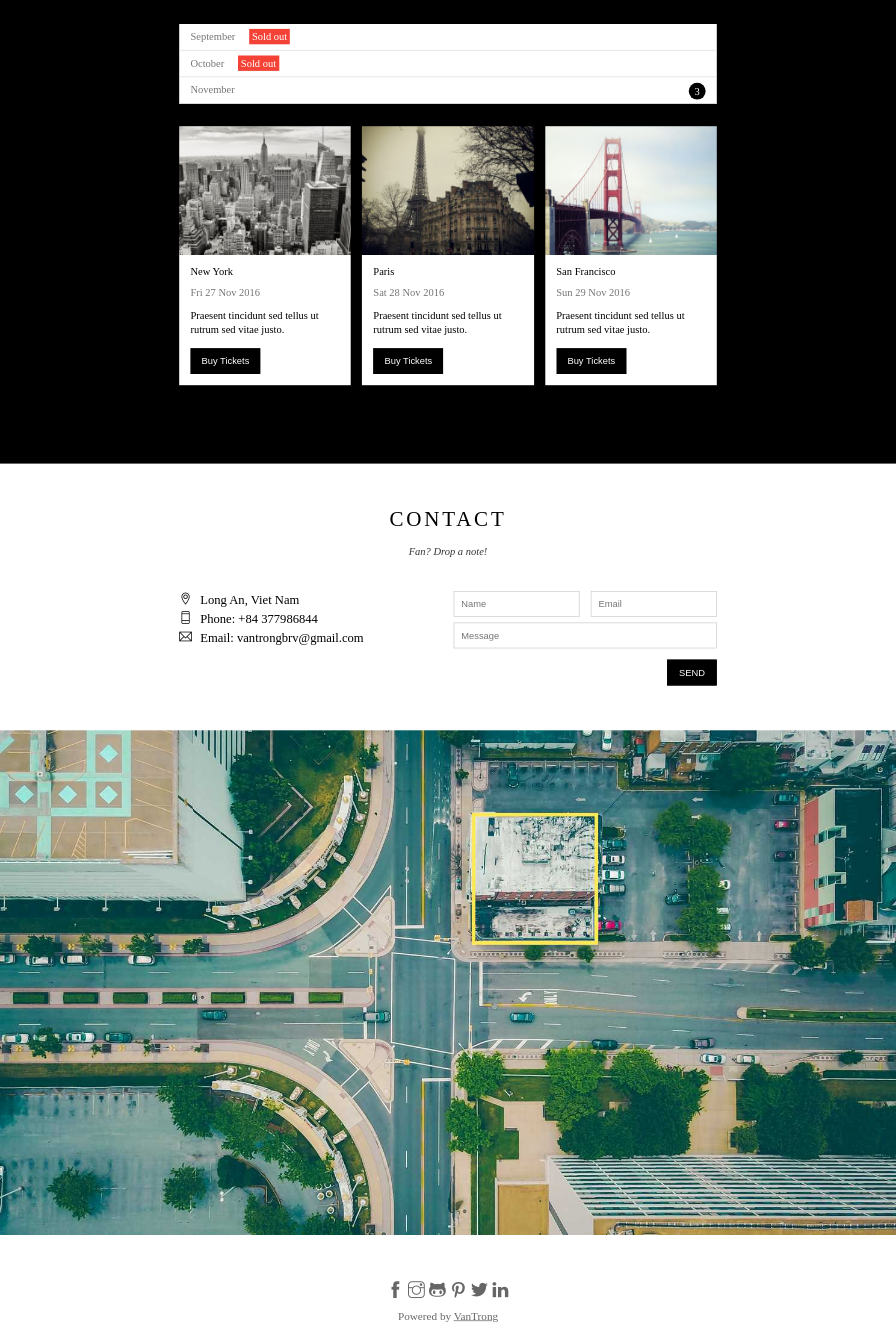
Repository: vanntrong/w3_band
Page: index.html
The author's editor kept a copy of each file at every save. The page is drawn from the files as they stood at one save, then again after the next save.
The browser window is 1280 px wide. The pictures show the part of the page from y = 1806 to 3726 px (the page is 3758 px tall), at 70% of full size.

Above is the page before, as saved 2021-08-27 20:32:52.

### index.html
<!DOCTYPE html>
<html lang="en">
  <head>
    <meta charset="UTF-8" />
    <meta http-equiv="X-UA-Compatible" content="IE=edge" />
    <meta name="viewport" content="width=device-width, initial-scale=1.0" />
    <title>BLΛƆKPIИK</title>
    <link rel="stylesheet" href="./assest/css/reset.css" />
    <link rel="stylesheet" href="./assest/css/index.css" />
    <link rel="stylesheet" href="./assest/css/responsive.css" />
    <link rel="stylesheet" href="./assest/font/themify-icons-font/themify-icons/themify-icons.css" />
    <link rel="stylesheet" href="./script/script.js" />
  </head>
  <body>
    <div id="main">
      <div id="header">
        <!-- Begin: nav -->
        <ul id="nav">
          <li><a href="#">Home</a></li>
          <li><a href="#about">Band</a></li>
          <li><a href="#tour">Tour</a></li>
          <li><a href="#contact">Contact</a></li>
          <li>
            <a href="#">
              More
              <i class="nav-arrow-down ti-angle-down"></i>
            </a>
            <ul class="subnav">
              <li><a href="#">Merchandise</a></li>
              <li><a href="#">Extras</a></li>
              <li><a href="#">Media</a></li>
            </ul>
          </li>
        </ul>
        <!-- End: nav -->

        <!-- Begin: Search button -->
        <div class="search-btn">
          <i class="search-icon ti-search"></i>
        </div>
        <!-- End: Search button -->

        <!-- Begin: mobile menu -->
        <div id="mobile-menu" class="mobile-menu-btn">
          <i class="menu-icon ti-menu"></i>
        </div>
        <!-- End: mobile menu -->
      </div>

      <div id="slider">
        <div class="text-content">
          <h2 class="text-heading">BLACKPINK</h2>
          <div class="text-description">BLACKPINK IN YOUR AREA</div>
        </div>
      </div>

      <div id="content">
        <div class="about-section">
          <!-- About section -->
          <div class="content-section" id="about">
            <a href="https://www.instagram.com/blackpinkofficial/" target="blank"
              ><h2 class="section-heading">BLΛƆKPIИK</h2></a
            >
            <p class="section-sub-heading">BLACKPINK In Your Area</p>
            <p class="about-text">
              Blackpink (Hangul: 블랙핑크; thường được viết cách điệu là BLACKPINK hoặc BLΛƆKPIИK) là một nhóm nhạc nữ
              Hàn Quốc do công ty YG Entertainment thành lập và quản lý. Nhóm gồm 4 thành viên Jisoo, Jennie, Rosé,
              Lisa. Blackpink chính thức ra mắt với album đĩa đơn đầu tay mang tên Square One gồm hai ca khúc
              "Boombayah" và "Whistle". Cả hai sau đó đã lọt vào bảng xếp hạng World Digital Songs của Billboard và bảng
              xếp hạng nhạc số Gaon của Hàn Quốc. Blackpink là nhóm nhạc nữ Hàn Quốc có thứ hạng cao nhất trên bảng xếp
              hạng Billboard Hot 100 khi đạt vị trí thứ 13 với "Ice Cream" (2020) và trên Billboard 200 với The Album
              (2020) ở vị trí thứ hai. Blackpink là nhóm nhạc nữ K-pop đầu tiên lọt vào và dẫn đầu bảng xếp hạng
              Emerging Artists của Billboard đồng thời sở hữu ba đĩa đơn quán quân trên bảng xếp hạng World Digital Song
              Sales của Billboard. Họ cũng là nhóm nhạc nữ Hàn Quốc đầu tiên nhận được chứng nhận từ Hiệp hội Công
              nghiệp ghi âm Hoa Kỳ (RIAA) cho đĩa đơn "Ddu-Du Ddu-Du" (2018) – video âm nhạc có nhiều lượt xem nhất trên
              YouTube của một nhóm nhạc Hàn Quốc. Blackpink cũng là nhóm sở hữu số lượng bài hát lọt vào top 40 tại
              Vương quốc Anh nhiều nhất. Ca khúc "Kiss and Make Up" là bài hát đầu tiên của một nhóm nhạc nữ Hàn Quốc
              nhận được chứng nhận từ British Phonographic Industry và được chứng nhận đĩa bạch kim bởi Hiệp hội Công
              nghiệp Ghi âm Úc (ARIA).
            </p>
            <div class="member-list">
              <div class="member-item">
                <a href="https://www.instagram.com/sooyaaa__/" target="blank"><p class="member-name">Jisoo</p></a>
                <a href="https://www.instagram.com/sooyaaa__/" target="blank"
                  ><img src="./assest/img/team/jisoo/jisoo.jpg" alt="Image-of-Jisoo" class="member-img"
                /></a>
              </div>
              <div class="member-item">
                <a href="https://www.instagram.com/lalalalisa_m/" target="blank"><p class="member-name">Lisa</p></a>
                <a href="https://www.instagram.com/lalalalisa_m/" target="blank"
                  ><img src="./assest/img/team/lisa/lisa.jpg" alt="Image of Jisoo" class="member-img"
                /></a>
              </div>
              <div class="member-item">
                <a href="https://www.instagram.com/roses_are_rosie/" target="blank"><p class="member-name">Rosé</p></a>
                <a href="https://www.instagram.com/roses_are_rosie/" target="blank"
                  ><img src="./assest/img/team/rose/rose.jpg" alt="Image of Jisoo" class="member-img"
                /></a>
              </div>
              <div class="member-item">
                <a href="https://www.instagram.com/jennierubyjane/" target="blank"><p class="member-name">Jennie</p></a>
                <a href="https://www.instagram.com/jennierubyjane/" target="blank"
                  ><img src="./assest/img/team/jennie/jennie.jpg" alt="Image of Jisoo" class="member-img"
                /></a>
              </div>
            </div>
          </div>
        </div>
        <div class="tour-section">
          <!-- tour section -->
          <div id="tour" class="content-section">
            <h2 class="section-heading text-white">TOUR DATES</h2>
            <p class="section-sub-heading text-white">Remember to book your tickets!</p>

            <ul class="ticket-list">
              <li>September <span class="sold-out">Sold out</span></li>
              <li>October <span class="sold-out">Sold out</span></li>
              <li>November <span class="quantity">3</span></li>
            </ul>

            <!-- places -->
            <div class="places-list">
              <div class="place-item">
                <img src="./assest/img/places/newyork.jpg" alt="New York" class="place-img" />
                <div class="place-body">
                  <h3 class="place-heading">New York</h3>
                  <p class="place-time">Fri 27 Nov 2016</p>
                  <p class="place-desc text-black">Praesent tincidunt sed tellus ut rutrum sed vitae justo.</p>
                  <button class="place-buy-btn js-buy-ticket">Buy Tickets</button>
                </div>
              </div>
              <div class="place-item">
                <img src="./assest/img/places/paris.jpg" alt="Paris" class="place-img" />
                <div class="place-body">
                  <h3 class="place-heading">Paris</h3>
                  <p class="place-time">Sat 28 Nov 2016</p>
                  <p class="place-desc text-black">Praesent tincidunt sed tellus ut rutrum sed vitae justo.</p>
                  <button class="place-buy-btn js-buy-ticket">Buy Tickets</button>
                </div>
              </div>
              <div class="place-item">
                <img src="./assest/img/places/sanfran.jpg" alt="San Francisco" class="place-img" />
                <div class="place-body">
                  <h3 class="place-heading">San Francisco</h3>
                  <p class="place-time">Sun 29 Nov 2016</p>
                  <p class="place-desc text-black">Praesent tincidunt sed tellus ut rutrum sed vitae justo.</p>
                  <button class="place-buy-btn js-buy-ticket">Buy Tickets</button>
                </div>
              </div>
              <div class="clear"></div>
            </div>
          </div>
        </div>

        <!-- begin: contact section -->
        <div id="contact" class="content-section">
          <h2 class="section-heading text-black">CONTACT</h2>
          <p class="section-sub-heading text-black">Fan? Drop a note!</p>

          <div class="row contact-content">
            <div class="col col-half s-col-full contact-info">
              <p><i class="ti-location-pin"></i>Long An, Viet Nam</p>
              <p><i class="ti-mobile"></i>Phone: +84 377986844</p>
              <p><i class="ti-email"></i>Email: vantrongbrv@gmail.com</p>
            </div>

            <div class="col col-half s-col-full contact-form">
              <form action="">
                <div class="row">
                  <div class="col col-half">
                    <input type="text" name="" placeholder="Name" required id="" class="form-control" />
                  </div>

                  <div class="col col-half">
                    <input type="email" name="" placeholder="Email" required id="" class="form-control" />
                  </div>
                </div>
                <div class="row mt-8px">
                  <div class="col col-full">
                    <input type="text" name="" placeholder="Message" required id="" class="form-control" />
                  </div>
                </div>

                <input class="form-submit-btn mt-16px" type="submit" value="SEND" />
              </form>
            </div>
          </div>
        </div>
        <!-- end: contact section -->
        <div class="map-section">
          <img class="map-img" src="./assest/img/places/map.jpg" alt="" />
        </div>
      </div>

      <div id="footer">
        <div class="social-list">
          <a target="blank" href="https://www.facebook.com/votrong143/"><i class="ti-facebook"></i></a>
          <a target="blank" href="https://www.instagram.com/va.trogn/"><i class="ti-instagram"></i></a>
          <a target="blank" href="https://github.com/vanntrong"><i class="ti-github"></i></a>
          <a href="#"><i class="ti-pinterest"></i></a>
          <a href="#"><i class="ti-twitter-alt"></i></a>
          <a href="#"><i class="ti-linkedin"></i></a>
        </div>
        <p class="copyright">Powered by <a href="">VanTrong</a></p>
      </div>
    </div>

    <div class="modal js-modal">
      <div class="modal-container js-modal-container">
        <div class="modal-close js-modal-close">
          <i class="ti-close"></i>
        </div>

        <header class="modal-header">
          <i class="ti-bag"></i>
          Tickets
        </header>

        <div class="modal-body">
          <label for="ticket-quantity" class="modal-label">
            <i class="ti-shopping-cart"></i>
            Tickets, $15 per person
          </label>
          <input id="ticket-quantity" type="text" required class="modal-input" placeholder="How many?" />

          <label for="ticket-email" class="modal-label">
            <i class="ti-user"></i>
            Send To
          </label>
          <input id="ticket-email" type="text" required class="modal-input" placeholder="Enter email" />

          <button id="buy-tickets">
            Pay
            <i class="ti-check"></i>
          </button>
        </div>

        <footer class="modal-footer">
          <p class="modal-help">Need <a href="">help?</a></p>
        </footer>
      </div>
    </div>

    <script>
      const buyBtns = document.querySelectorAll(".js-buy-ticket");
      const modal = document.querySelector(".js-modal");
      const modalClose = document.querySelector(".js-modal-close");
      const modalContainer = document.querySelector(".js-modal-container");

      //show modal buy ticket (add class open to modal)
      function showBuyTicket() {
        modal.classList.add("open");
      }
      //hide modal buy ticket (remove class open to modal)
      function hideBuyTicket() {
        modal.classList.remove("open");
      }

      //lap qua tung the button va nghe hanh vi click
      for (const buyBtn of buyBtns) {
        buyBtn.addEventListener("click", showBuyTicket);
      }

      //click vao dong modal
      modalClose.addEventListener("click", hideBuyTicket);

      //click vao ben ngoai thi thoat modal
      modal.addEventListener("click", hideBuyTicket);

      //fix bug bam vao modal thi bi thoat ra
      modalContainer.addEventListener("click", function (event) {
        event.stopPropagation();
      });

      // Open mobile menu
      var header = document.getElementById("header");
      var mobileMenu = document.getElementById("mobile-menu");
      var headerHeight = header.clientHeight;

      mobileMenu.onclick = function () {
        var isClose = header.clientHeight === headerHeight;
        if (isClose) {
          header.style.height = "auto";
        } else {
          header.style.height = null;
        }
      };

      //auto close menu mobile
      var menuItems = document.querySelectorAll('#nav li a[href*="#"]');
      for (var i = 0; i < menuItems.length; i++) {
        var menuItem = menuItems[i];

        menuItem.onclick = function (event) {
          var isParentMenu = this.nextElementSibling && this.nextElementSibling.classList.contains("subnav");
          if (isParentMenu) {
            event.preventDefault();
          } else {
            header.style.height = null;
          }
        };
      }
    </script>
  </body>
</html>

### assest/css/responsive.css
@media (max-width: 740px) {
  #nav {
    display: block;
  }

  #nav li {
    display: block;
  }

  #nav li a {
    padding: 1px 24px;
  }

  #nav .subnav {
    position: inherit;
    background-color: #333;
  }

  #nav .subnav {
    color: #fff;
    padding: 5px 41px;
  }

  #header {
    overflow: hidden;
  }

  #header .search-btn {
    display: none;
  }

  #header .mobile-menu-btn {
    display: block;
  }

  #content .member-item {
    width: 100%;
  }

  #content .member-name {
    margin-top: 30px;
  }

  .place-item {
    width: 100%;
    margin-top: 16px;
  }

  .s-col-full {
    width: 100% !important;
  }

  .contact-form {
    margin-top: 16px;
  }
}

Loaded but not shown: assest/css/reset.css (common file); assest/font/themify-icons-font/themify-icons/themify-icons.css (common file); assest/css/index.css (562 lines, source omitted); script/script.js (no stored copy; drawn as an empty file)

After the next save:
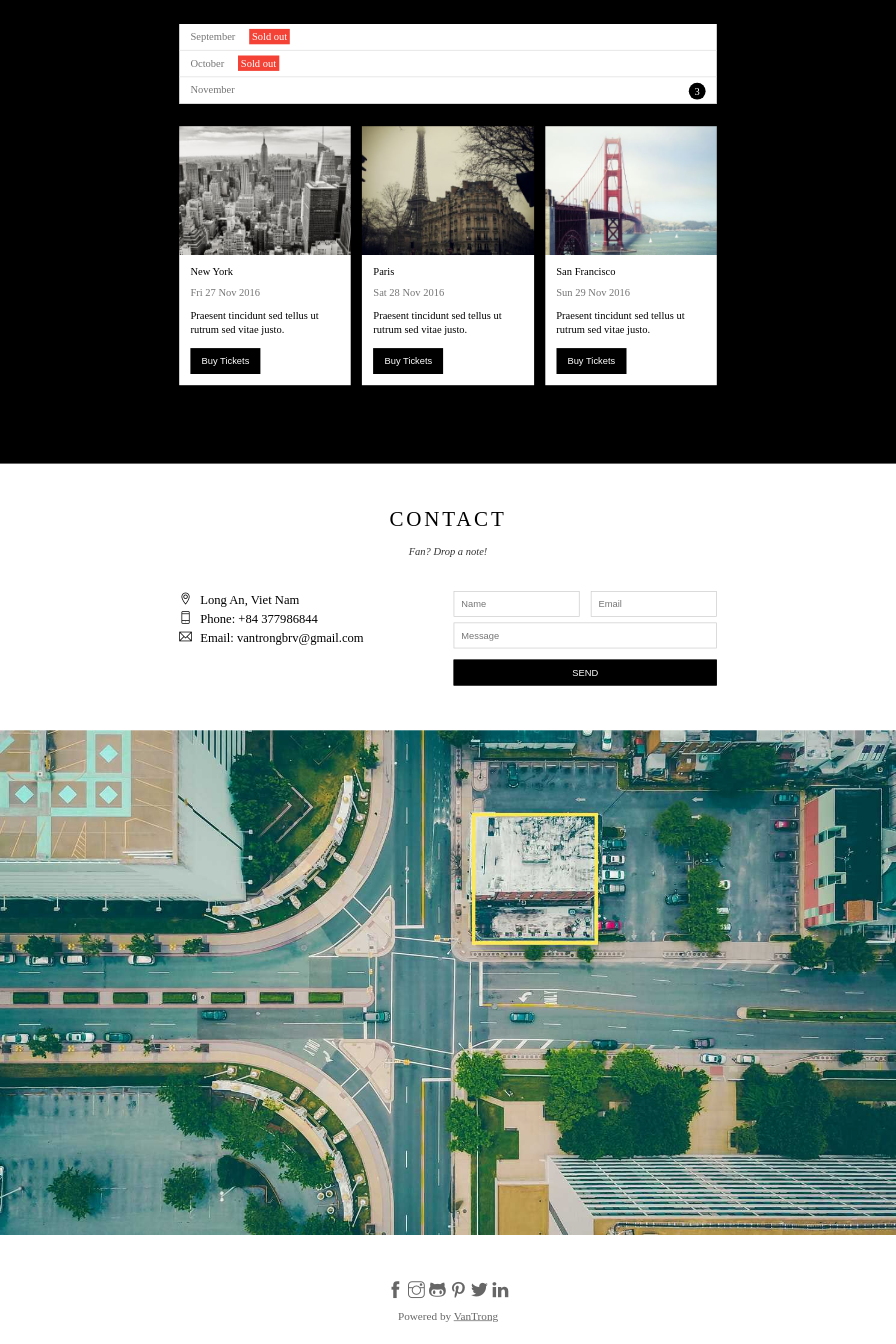
Saved 3 min 21 s later.
--- a/index.html
+++ b/index.html
@@ -181,7 +181,7 @@
                   </div>
                 </div>
 
-                <input class="form-submit-btn mt-16px" type="submit" value="SEND" />
+                <input class="form-submit-btn mt-16px col-full" type="submit" value="SEND" />
               </form>
             </div>
           </div>

After the save that followed:
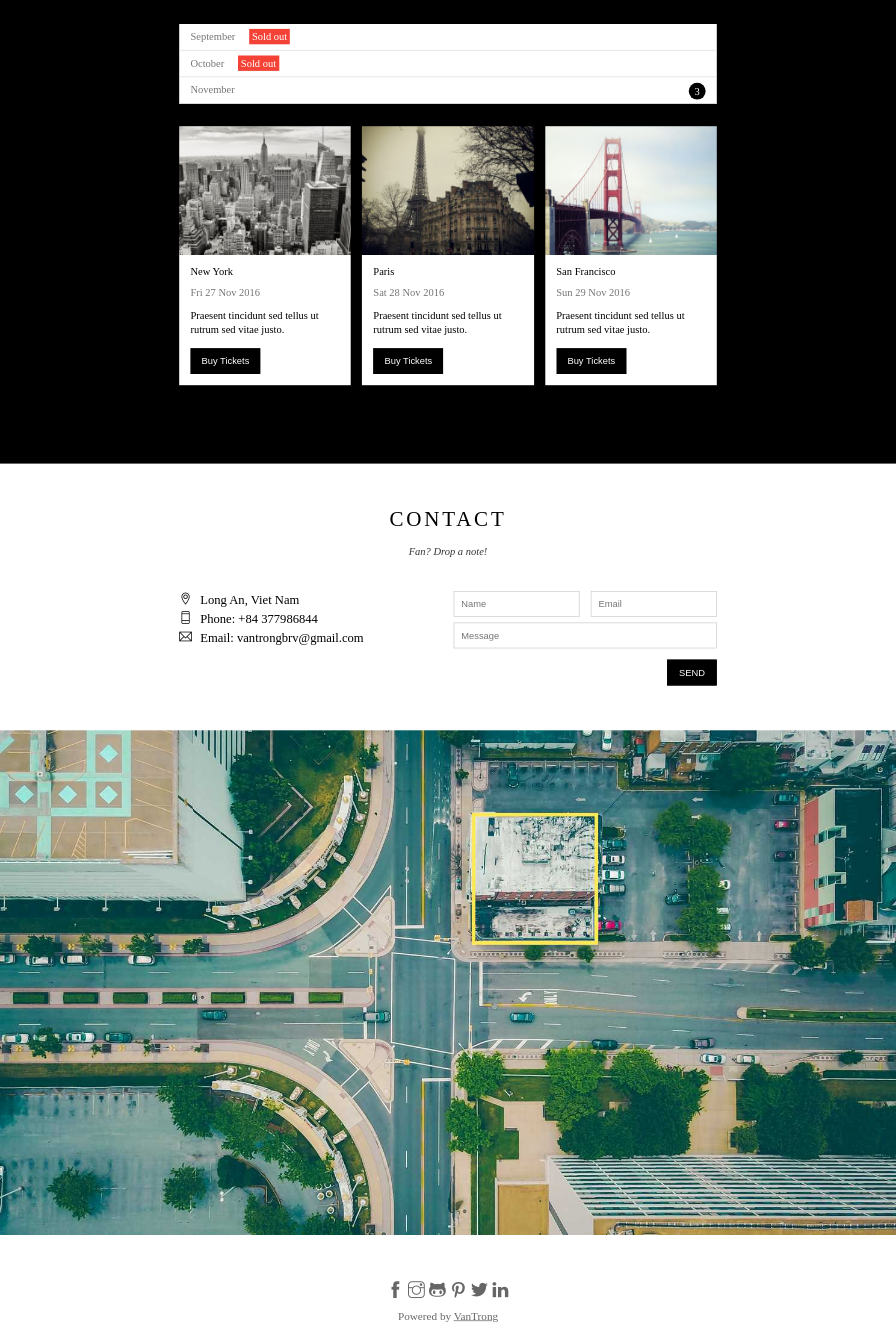
Saved 18 s later.
--- a/index.html
+++ b/index.html
@@ -181,7 +181,7 @@
                   </div>
                 </div>
 
-                <input class="form-submit-btn mt-16px col-full" type="submit" value="SEND" />
+                <input class="form-submit-btn mt-16px s-col-full" type="submit" value="SEND" />
               </form>
             </div>
           </div>
